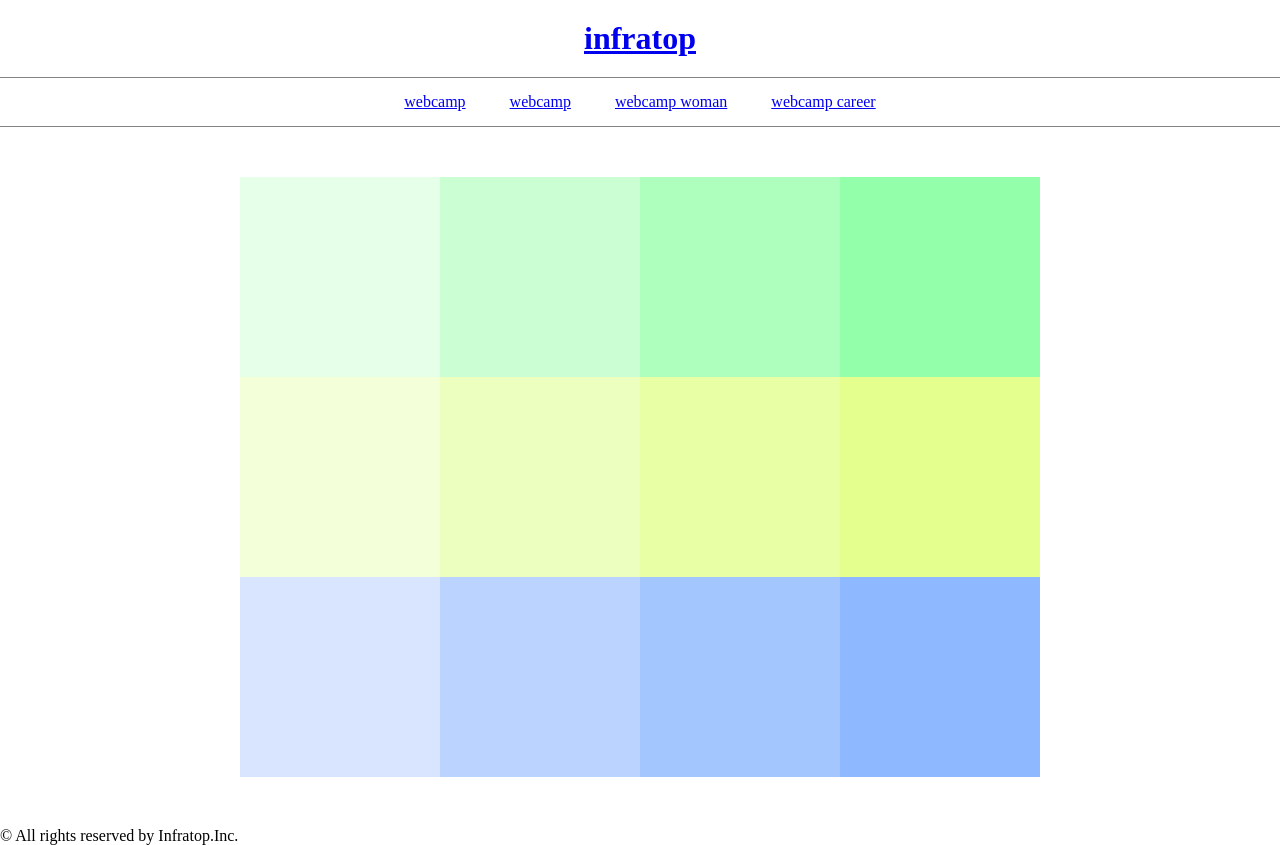
Repository: matuyama/dmm-webcamp
Page: chapter5/chapter5.html
The author's editor kept a record of every edit. The page is drawn from the files as they stood at one moment, then again after the next edit.
The browser window is 1280 px wide. The pictures show the whole page.

Above is the page before.

After the next edit:
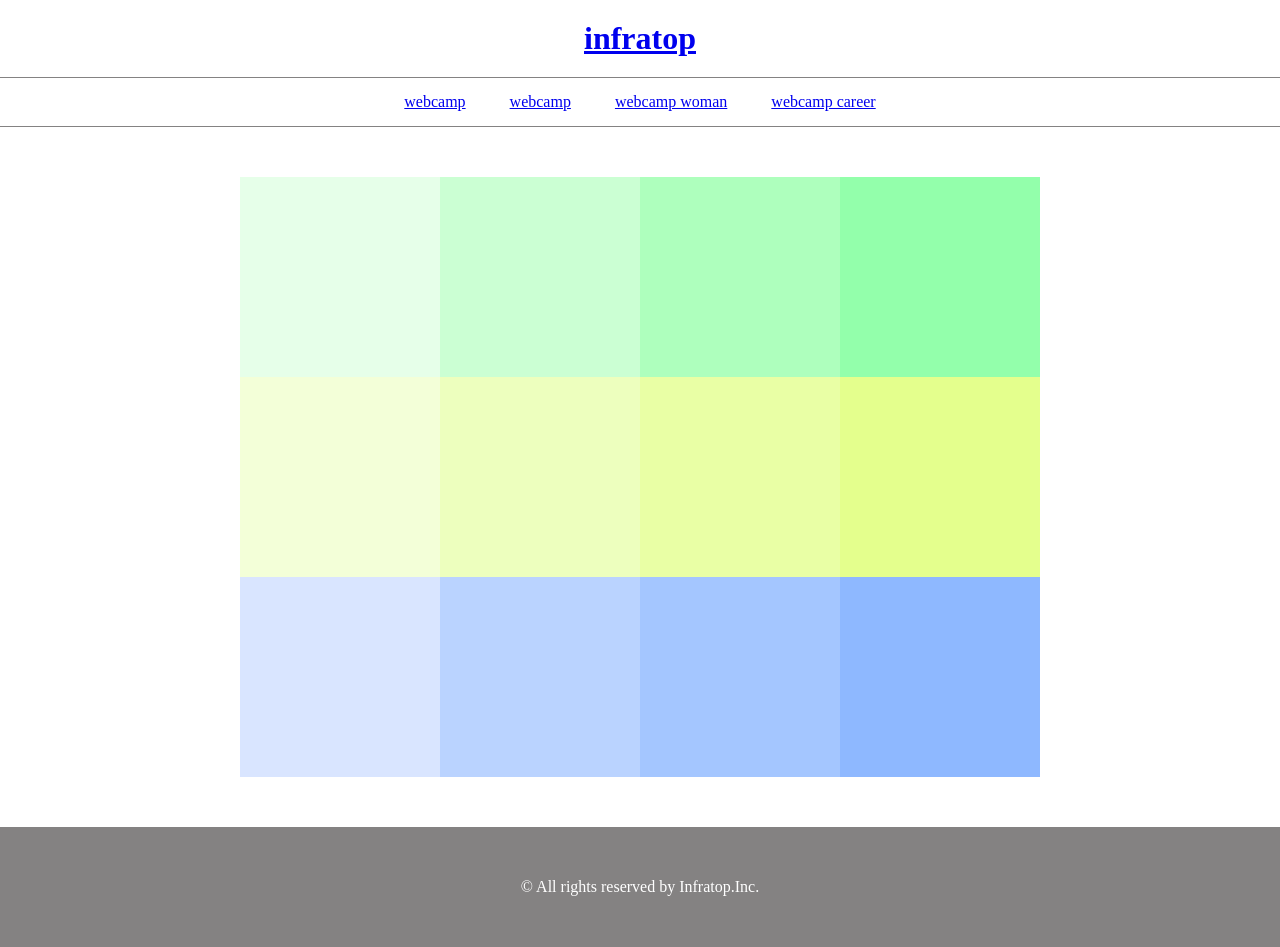
The edit:
--- a/chapter5/chapter5.css
+++ b/chapter5/chapter5.css
@@ -103,5 +103,12 @@
   }
 
 footer{
-
+width: 100%;
+height: 120px;
+text-align: center;
+line-height: 120px;
+background-color: #848282;
+}
+  .footer-text{
+    color: #fff;
   }
